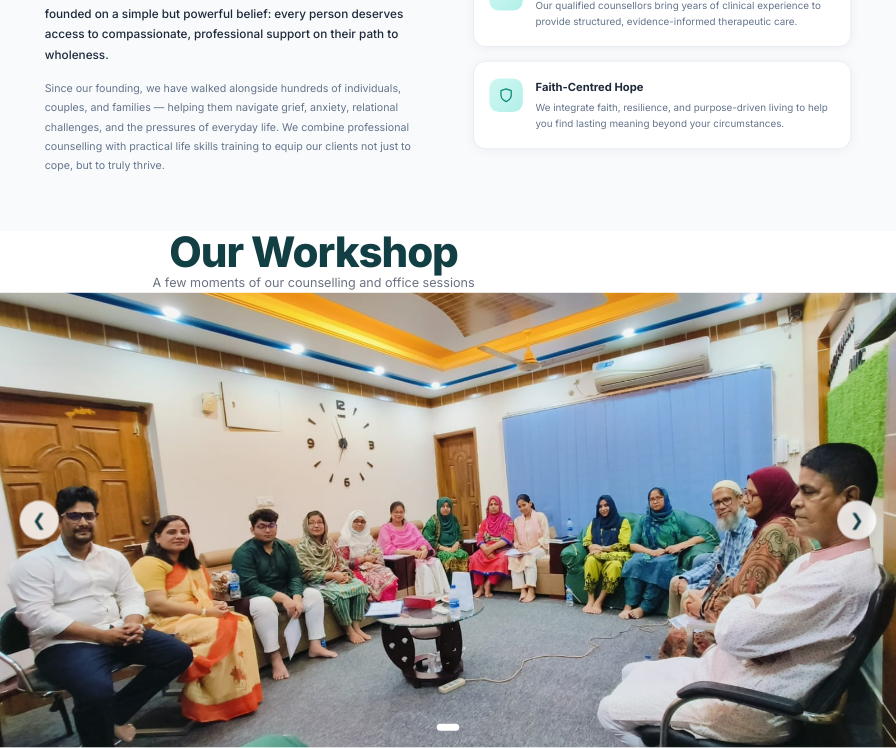
Repository: Tan47s/Lifelogo
Page: /
The author's editor kept a copy of each file at every save. The page is drawn from the files as they stood at one save, then again after the next save.
The browser window is 1280 px wide. The pictures show the part of the page from y = 1030 to 2950 px (the page is 2098 px tall before and 2950 px after), at 70% of full size.
The project was rebuilt for these pictures with package versions that can differ from the ones it lists, and the page was loaded fresh each time. Also part of the build but not shown: vite.config.js, src/comp/Counsellors.jsx, src/comp/Contact.css, src/comp/Contact.jsx, src/comp/Footer.css, src/comp/Footer.jsx.

Above is the page before, as saved 2026-08-24 11:26:13.

### index.html
<!doctype html>
<html lang="en">
  <head>
    <meta charset="UTF-8" />
    <link rel="icon" type="image/svg+xml" href="/favicon.svg" />
    <meta name="viewport" content="width=device-width, initial-scale=1.0" />
    <title>Life-Logo | Mental Health Counselling &amp; Life Skills</title>
    <meta name="description" content="Life-Logo Mental Health Support &amp; Life Skills Training Unit — professional counselling, resilience coaching, and compassionate support to help you find meaning, hope, and purpose." />
    <meta property="og:title" content="Life-Logo | Mental Health Counselling &amp; Life Skills" />
    <meta property="og:description" content="Professional counselling and life skills training to support your well-being and personal growth." />
    <meta property="og:type" content="website" />
  </head>
  <body>
    <div id="root"></div>
    <script type="module" src="/src/main.jsx"></script>
  </body>
</html>

### src/main.jsx
import { StrictMode } from 'react'
import { createRoot } from 'react-dom/client'

import { App } from './App.jsx'


createRoot(document.getElementById('root')).render(
  <StrictMode>
    <App />
  </StrictMode>,
)

### src/App.jsx
import React from 'react'
import { Header } from './comp/Header'
import { Herocon } from './comp/Herocon'
import { Contents2 } from './comp/Contents2'
import { Service2 } from './comp/Service2'
import { Counsellors } from './comp/Counsellors'
import { Contact } from './comp/Contact'
import { Footer } from './comp/Footer'
import Workshop from './comp/Workshop'
export const App = () => {
  return (
    <div>
      <Header/>
      <Herocon/>
      <Contents2/>
      <Workshop/>
    </div>
  )
}

### src/comp/Header.jsx
import React, { useState, useEffect } from 'react'
import logo from '../assets/logo.png'
import '../App.css'
import '../Index.css'

const navLinks = [
  { label: 'Home',      id: 'home' },
  { label: 'Our Story', id: 'story' },
  { label: 'Services',  id: 'services' },
  { label: 'Our Team',  id: 'team' },
  { label: 'Contact',   id: 'contact' },
]

export const Header = () => {
  const [active,  setActive]  = useState('home')
  const [scrolled, setScrolled] = useState(false)
  const [menuOpen, setMenuOpen] = useState(false)

  // Shrink header + close menu on scroll
  useEffect(() => {
    const onScroll = () => {
      setScrolled(window.scrollY > 20)
      if (window.scrollY > 20) setMenuOpen(false)
    }
    window.addEventListener('scroll', onScroll)
    return () => window.removeEventListener('scroll', onScroll)
  }, [])

  // Lock body scroll when mobile menu is open
  useEffect(() => {
    document.body.style.overflow = menuOpen ? 'hidden' : ''
    return () => { document.body.style.overflow = '' }
  }, [menuOpen])

  const handleNav = (id) => {
    setActive(id)
    setMenuOpen(false)
    const el = document.getElementById(id)
    if (el) el.scrollIntoView({ behavior: 'smooth' })
  }

  return (
    <>
      <header className={`header ${scrolled ? 'scrolled' : ''}`}>
        {/* ── Logo ── */}
        <div className="logo-container">
          <img className="logo-img" src={logo} alt="Life-Logo" />
          <span className="logo-text">Life-Logo</span>
        </div>

        {/* ── Desktop nav ── */}
        <nav className="nav-links" aria-label="Main navigation">
          {navLinks.map((link) => (
            <button
              key={link.id}
              id={`nav-${link.id}`}
              className={`nav-item ${active === link.id ? 'active' : ''}`}
              onClick={() => handleNav(link.id)}
            >
              {link.label}
            </button>
          ))}
        </nav>

        {/* ── Hamburger toggle (mobile only) ── */}
        <button
          id="hamburger-btn"
          className={`hamburger ${menuOpen ? 'open' : ''}`}
          onClick={() => setMenuOpen((o) => !o)}
          aria-label={menuOpen ? 'Close menu' : 'Open menu'}
          aria-expanded={menuOpen}
        >
          <span className="ham-bar" />
          <span className="ham-bar" />
          <span className="ham-bar" />
        </button>
      </header>

      {/* ── Mobile drawer ── */}
      <div
        className={`mobile-backdrop ${menuOpen ? 'visible' : ''}`}
        onClick={() => setMenuOpen(false)}
        aria-hidden="true"
      />
      <nav
        className={`mobile-nav ${menuOpen ? 'open' : ''}`}
        aria-label="Mobile navigation"
      >
        {navLinks.map((link) => (
          <button
            key={link.id}
            id={`mob-nav-${link.id}`}
            className={`mobile-nav-item ${active === link.id ? 'active' : ''}`}
            onClick={() => handleNav(link.id)}
          >
            {link.label}
          </button>
        ))}
      </nav>
    </>
  )
}

### src/comp/Herocon.jsx
import './herocon.css'
import Hero from '../assets/hero3.jpg'
import bg from '../assets/workshop/bg.png'
const stats = [
  { value: '500+', label: 'Lives Impacted' },
  { value: '15+', label: 'Years Experience' },
  { value: '6',   label: 'Specialists' },
]

export const Herocon = () => {
  const scrollTo = (id) => {
    const el = document.getElementById(id)
    if (el) el.scrollIntoView({ behavior: 'smooth' })
  }

  return (
    <section
      id="home"
      className="hero-section"
      style={{ backgroundImage: `url(${bg})` }}
    >
      {/* layered overlay */}
      <div className="hero-overlay" />

      <div className="hero-content">
        {/* eyebrow badge */}
        <span className="hero-badge">Mental Health &amp; Life Skills</span>

        {/* quote */}
        <p className="hero-quote">
          &ldquo;Doctors Dress The Wound, God Heals It.&rdquo;
        </p>

        {/* headline */}
        <h1 className="hero-headline">
          Well-Being Requires<br />
          <span className="hero-headline-accent">a Safe Space to Heal</span>
        </h1>

        {/* sub-text */}
        <p className="hero-sub">
          Mental health is the foundation of a healthy life. Through compassion,
          professional support, and faith, we help you find hope, build
          resilience, and take meaningful steps toward lasting well-being.
        </p>

        {/* CTAs */}
        <div className="hero-ctas">
          <button
            id="hero-contact-btn"
            className="hero-btn hero-btn--primary"
            onClick={() => scrollTo('contact')}
          >
            Contact Us
          </button>
          <button
            id="hero-services-btn"
            className="hero-btn hero-btn--ghost"
            onClick={() => scrollTo('services')}
          >
            Our Services
          </button>
        </div>

        {/* Stats strip */}
        <div className="hero-stats">
          {stats.map((s, i) => (
            <div className="hero-stat" key={i}>
              <span className="hero-stat-value">{s.value}</span>
              <span className="hero-stat-label">{s.label}</span>
            </div>
          ))}
        </div>
      </div>
    </section>
  )
}

### src/comp/Contents2.jsx
import React from 'react'
import './Contents2.css'

const pillars = [
  {
    icon: (
      <svg viewBox="0 0 24 24" fill="none" stroke="currentColor" strokeWidth="2" strokeLinecap="round" strokeLinejoin="round">
        <path d="M20.84 4.61a5.5 5.5 0 0 0-7.78 0L12 5.67l-1.06-1.06a5.5 5.5 0 0 0-7.78 7.78l1.06 1.06L12 21.23l7.78-7.78 1.06-1.06a5.5 5.5 0 0 0 0-7.78z"/>
      </svg>
    ),
    title: 'Compassion First',
    desc: 'Every person who walks through our doors is met with unconditional empathy and respect — no judgement, only care.',
  },
  {
    icon: (
      <svg viewBox="0 0 24 24" fill="none" stroke="currentColor" strokeWidth="2" strokeLinecap="round" strokeLinejoin="round">
        <circle cx="12" cy="8" r="4"/>
        <path d="M6 20v-2a6 6 0 0 1 12 0v2"/>
      </svg>
    ),
    title: 'Professional Support',
    desc: 'Our qualified counsellors bring years of clinical experience to provide structured, evidence-informed therapeutic care.',
  },
  {
    icon: (
      <svg viewBox="0 0 24 24" fill="none" stroke="currentColor" strokeWidth="2" strokeLinecap="round" strokeLinejoin="round">
        <path d="M12 22s8-4 8-10V5l-8-3-8 3v7c0 6 8 10 8 10z"/>
      </svg>
    ),
    title: 'Faith-Centred Hope',
    desc: 'We integrate faith, resilience, and purpose-driven living to help you find lasting meaning beyond your circumstances.',
  },
]

export const Contents2 = () => {
  return (
    <section id="story" className="story-section">
      <div className="story-inner">

        {/* ---- Left column: text ---- */}
        <div className="story-text">
          <span className="section-badge">Our Story</span>
          <h2>Helping You Find Meaning, Hope &amp; Purpose</h2>
          <p className="story-lead">
            Life-Logo Mental Health Support &amp; Life Skills Training Unit was
            founded on a simple but powerful belief: every person deserves access
            to compassionate, professional support on their path to wholeness.
          </p>
          <p className="story-body">
            Since our founding, we have walked alongside hundreds of individuals,
            couples, and families — helping them navigate grief, anxiety, relational
            challenges, and the pressures of everyday life. We combine professional
            counselling with practical life skills training to equip our clients not
            just to cope, but to truly thrive.
          </p>
        </div>

        {/* ---- Right column: pillars ---- */}
        <div className="story-pillars">
          {pillars.map((p, i) => (
            <div className="story-pillar" key={i}>
              <div className="pillar-icon">{p.icon}</div>
              <div className="pillar-body">
                <h4>{p.title}</h4>
                <p>{p.desc}</p>
              </div>
            </div>
          ))}
        </div>

      </div>
    </section>
  )
}

### src/comp/Workshop.jsx
import { useState } from "react";
import w1 from "../assets/workshop/w1.jpeg"

const images = [w1];

export default function Workshop() {
  const [current, setCurrent] = useState(0);

  const nextSlide = () => {
    setCurrent((prev) => (prev + 1) % images.length);
  };

  const prevSlide = () => {
    setCurrent((prev) => (prev - 1 + images.length) % images.length);
  };

  return (
    <section className="w-full bg-white py-16 md:py-20">

      {/* Heading */}
      <div className="mx-auto mb-10 max-w-4xl px-5 text-center">
        <h1 className="text-4xl font-bold tracking-tight text-[#123f43] md:text-5xl lg:text-6xl">
          Our Workshop
        </h1>

        <p className="mt-4 text-base text-gray-500 md:text-lg">
          A few moments of our counselling and office sessions
        </p>
      </div>

      {/* Carousel */}
      <div className="relative w-full overflow-hidden">
        <div className="h-[350px] w-full sm:h-[450px] md:h-[550px] lg:h-[650px]" >
          <img
            src={images[current]}
            alt={`Workshop session ${current + 1}`}
            className="h-full w-full object-cover"
          />
        </div>

        {/* Previous */}
        <button
          onClick={prevSlide}
          aria-label="Previous image"
          className="absolute left-4 top-1/2 flex h-11 w-11 -translate-y-1/2
                     items-center justify-center rounded-full
                     bg-white/85 text-2xl text-[#123f43] shadow-lg
                     backdrop-blur-sm transition hover:scale-110 hover:bg-white
                     md:left-7 md:h-14 md:w-14"
        >
          &#10094;
        </button>

        {/* Next */}
        <button
          onClick={nextSlide}
          aria-label="Next image"
          className="absolute right-4 top-1/2 flex h-11 w-11 -translate-y-1/2
                     items-center justify-center rounded-full
                     bg-white/85 text-2xl text-[#123f43] shadow-lg
                     backdrop-blur-sm transition hover:scale-110 hover:bg-white
                     md:right-7 md:h-14 md:w-14"
        >
          &#10095;
        </button>

        {/* Dots */}
        <div className="absolute bottom-6 left-1/2 flex -translate-x-1/2 gap-2">
          {images.map((_, index) => (
            <button
              key={index}
              onClick={() => setCurrent(index)}
              aria-label={`Go to slide ${index + 1}`}
              className={`h-2.5 rounded-full transition-all duration-300 ${
                current === index
                  ? "w-8 bg-white"
                  : "w-2.5 bg-white/60 hover:bg-white/90"
              }`}
            />
          ))}
        </div>
      </div>
    </section>
  );
}

### src/Index.css

@import url('https://fonts.googleapis.com/css2?family=Inter:wght@100..900&display=swap');

:root {
  /* Brand */
  --primary: #6de1fb;        /* Teal from header */
  --primary-light: #02ff78;


  /* Logo greens */
  --green: #22C55E;
  --green-light: #DCFCE7;

  /* Blue accent */
  --blue: #38BDF8;
  --blue-light: #E0F2FE;

  /* Backgrounds */
  --background: #F8FAFC;
  --surface: #FFFFFF;

  /* Text */
  --text: #1E293B;
  --text-muted: #64748B;

  /* Borders */
  --border: #E2E8F0;
}

* {
  margin: 0;
  padding: 0;
  box-sizing: border-box;
  font-family: "Inter", sans-serif;
}

h1{
    font-weight: 800;
}

p{
    font-weight: 400;
}

### src/comp/Contents2.css
/* ============================================================
   OUR STORY SECTION
   ============================================================ */

.story-section {
  padding: 100px 5% 80px;
  background: var(--background);   /* #F8FAFC — same as Counsellors */
}

/* ---- Two-column inner wrapper ---- */
.story-inner {
  display: grid;
  grid-template-columns: 1fr 1fr;
  gap: 72px;
  max-width: 1200px;
  margin: 0 auto;
  align-items: start;
}

/* ========== LEFT: text column ========== */
.story-text {
  display: flex;
  flex-direction: column;
  gap: 20px;
}

.story-text h2 {
  font-size: clamp(26px, 3.5vw, 40px);
  font-weight: 800;
  color: var(--text);
  line-height: 1.18;
  margin: 0;
}

.story-lead {
  font-size: 1.05rem;
  color: var(--text);
  font-weight: 500;
  line-height: 1.75;
  margin: 0;
}

.story-body {
  font-size: 0.95rem;
  color: var(--text-muted);
  line-height: 1.8;
  margin: 0;
}

/* ========== RIGHT: pillars column ========== */
.story-pillars {
  display: flex;
  flex-direction: column;
  gap: 20px;
}

/* ---- Single pillar card ---- */
.story-pillar {
  display: flex;
  align-items: flex-start;
  gap: 18px;
  background: var(--surface);
  border: 1px solid var(--border);
  border-radius: 18px;
  padding: 24px 22px;
  box-shadow: 0 2px 16px rgba(0, 0, 0, 0.05);
  transition: transform 0.25s ease, box-shadow 0.25s ease;
}

.story-pillar:hover {
  transform: translateY(-4px);
  box-shadow: 0 8px 32px rgba(109, 225, 251, 0.18);
}

/* ---- Icon bubble ---- */
.pillar-icon {
  flex-shrink: 0;
  width: 48px;
  height: 48px;
  border-radius: 14px;
  background: linear-gradient(135deg, #d0f7f1, #b2f0e8);
  display: flex;
  align-items: center;
  justify-content: center;
  color: #0d8c7a;
}

.pillar-icon svg {
  width: 22px;
  height: 22px;
}

/* ---- Pillar text ---- */
.pillar-body {
  display: flex;
  flex-direction: column;
  gap: 5px;
}

.pillar-body h4 {
  font-size: 1rem;
  font-weight: 700;
  color: var(--text);
  margin: 0;
}

.pillar-body p {
  font-size: 0.88rem;
  color: var(--text-muted);
  line-height: 1.65;
  margin: 0;
}

/* ---- Responsive ---- */
@media (max-width: 860px) {
  .story-inner {
    grid-template-columns: 1fr;
    gap: 48px;
  }
}

@media (max-width: 640px) {
  .story-section {
    padding: 70px 5% 60px;
  }
}

### src/comp/Counsellors.css
/* ============================================================
   COUNSELLORS SECTION
   ============================================================ */

.counsellors-section {
  padding: 100px 5% 80px;
  background: var(--background);
}

/* --- Header --- */
.counsellors-header {
  text-align: center;
  max-width: 660px;
  margin: 0 auto 64px;
}

.counsellors-header h2 {
  font-size: clamp(28px, 4vw, 42px);
  font-weight: 800;
  color: var(--text);
  margin-bottom: 16px;
  line-height: 1.15;
}

.counsellors-subtitle {
  font-size: 1rem;
  color: var(--text-muted);
  line-height: 1.7;
}

/* --- Badge --- */
.section-badge {
  display: inline-block;
  background: linear-gradient(135deg, #d0f7f1, #b2f0e8);
  color: #0d8c7a;
  font-size: 0.78rem;
  font-weight: 700;
  letter-spacing: 0.07em;
  text-transform: uppercase;
  padding: 5px 14px;
  border-radius: 999px;
  margin-bottom: 16px;
}

/* --- Grid --- */
.counsellors-grid {
  display: grid;
  grid-template-columns: repeat(3, 1fr);
  gap: 36px;
  max-width: 1200px;
  margin: 0 auto;
}

@media (max-width: 960px) {
  .counsellors-grid {
    grid-template-columns: repeat(2, 1fr);
  }
}

/* --- Card --- */
.counsellor-card {
  background: var(--surface);
  border-radius: 20px;
  overflow: hidden;
  box-shadow: 0 4px 24px rgba(0, 0, 0, 0.07);
  transition: transform 0.3s ease, box-shadow 0.3s ease;
  border: 1px solid var(--border);
}

.counsellor-card:hover {
  transform: translateY(-8px);
  box-shadow: 0 12px 40px rgba(109, 225, 251, 0.25);
}

/* --- Image wrapper --- */
.counsellor-img-wrap {
  position: relative;
  width: 100%;
  height: 280px;
  overflow: hidden;
}

.counsellor-img {
  width: 100%;
  height: 100%;
  object-fit: cover;
  object-position: top center;
  transition: transform 0.4s ease;
}

.counsellor-card:hover .counsellor-img {
  transform: scale(1.04);
}

.counsellor-img-overlay {
  position: absolute;
  inset: 0;
  background: linear-gradient(to top, rgba(13, 140, 122, 0.35) 0%, transparent 60%);
  pointer-events: none;
}

/* --- Info block --- */
.counsellor-info {
  padding: 24px 28px 30px;
}

.counsellor-info h3 {
  font-size: 1.2rem;
  font-weight: 700;
  color: var(--text);
  margin-bottom: 4px;
}

.counsellor-role {
  display: inline-block;
  font-size: 0.82rem;
  font-weight: 600;
  color: #0d8c7a;
  background: linear-gradient(135deg, #d0f7f1, #b2f0e8);
  padding: 3px 10px;
  border-radius: 999px;
  margin-bottom: 14px;
  letter-spacing: 0.02em;
}

.counsellor-info p {
  font-size: 0.9rem;
  color: var(--text-muted);
  line-height: 1.75;
}

/* --- Responsive --- */
@media (max-width: 640px) {
  .counsellors-section {
    padding: 70px 5% 60px;
  }

  .counsellors-grid {
    grid-template-columns: 1fr;
  }
}

### src/comp/Service2.jsx
import React from 'react'
import ser1 from '../assets/ser1.png'
import ser2 from '../assets/ser2.png'
import ser3 from '../assets/ser3.png'
import ser4 from '../assets/ser4.png'
import './Service2.css'

const services = [
  {
    img: ser1,
    title: 'Individual Counselling',
    tag: 'One-on-One',
    desc: 'A private, confidential space where you can explore personal challenges, process emotions, and develop healthier coping strategies with the guidance of a qualified counsellor.',
  },
  {
    img: ser2,
    title: 'Couple Counselling',
    tag: 'Relationships',
    desc: 'Helping couples navigate conflict, rebuild trust, and strengthen communication so they can grow together in a healthy, supportive partnership.',
  },
  {
    img: ser3,
    title: 'Family Counselling',
    tag: 'Family Dynamics',
    desc: 'We work with families to address relational tensions, improve understanding, and foster a home environment rooted in compassion and mutual respect.',
  },
  {
    img: ser4,
    title: 'Life Skills Training',
    tag: 'Personal Growth',
    desc: 'Practical workshops and coaching sessions that equip you with tools for resilience, emotional regulation, goal-setting, and purposeful living.',
  },
]

export const Service2 = () => {
  return (
    <section id="services" className="services-section">
      {/* Section Header */}
      <div className="services-header">
        <span className="section-badge">What We Offer</span>
        <h2>Our Services</h2>
        <p className="services-subtitle">
          We provide compassionate mental health counselling and life skills
          training to support your well-being and personal growth.
        </p>
      </div>

      {/* Cards Grid */}
      <div className="services-grid">
        {services.map((s, i) => (
          <div className="service-card" key={i}>
            <div className="service-img-wrap">
              <img src={s.img} alt={s.title} className="service-img" />
              <div className="service-img-overlay" />
            </div>
            <div className="service-info">
              <span className="service-tag">{s.tag}</span>
              <h3>{s.title}</h3>
              <p>{s.desc}</p>
            </div>
          </div>
        ))}
      </div>
    </section>
  )
}

### src/comp/Service2.css
/* ============================================================
   SERVICES SECTION  —  mirrors Counsellors card style
   ============================================================ */

.services-section {
  padding: 100px 5% 80px;
  background: linear-gradient(160deg, #f0fdfb 0%, #f8fafc 60%);
}

/* --- Header --- */
.services-header {
  text-align: center;
  max-width: 660px;
  margin: 0 auto 64px;
}

.services-header h2 {
  font-size: clamp(28px, 4vw, 42px);
  font-weight: 800;
  color: var(--text);
  margin-bottom: 16px;
  line-height: 1.15;
}

.services-subtitle {
  font-size: 1rem;
  color: var(--text-muted);
  line-height: 1.7;
}

/* --- Grid --- */
.services-grid {
  display: grid;
  grid-template-columns: repeat(auto-fit, minmax(260px, 1fr));
  gap: 32px;
  max-width: 1200px;
  margin: 0 auto;
}

/* --- Card --- */
.service-card {
  background: var(--surface);
  border-radius: 20px;
  overflow: hidden;
  box-shadow: 0 4px 24px rgba(0, 0, 0, 0.07);
  border: 1px solid var(--border);
  transition: transform 0.3s ease, box-shadow 0.3s ease;
}

.service-card:hover {
  transform: translateY(-8px);
  box-shadow: 0 12px 40px rgba(109, 225, 251, 0.25);
}

/* --- Image wrapper --- */
.service-img-wrap {
  position: relative;
  width: 100%;
  height: 150px;
  overflow: hidden;
}

.service-img {
  width: 100%;
  height: 100%;
  object-fit: cover;
  object-position: center;
  transition: transform 0.4s ease;
}

.service-card:hover .service-img {
  transform: scale(1.05);
}

.service-img-overlay {
  position: absolute;
  inset: 0;
  background: linear-gradient(to top, rgba(13, 140, 122, 0.3) 0%, transparent 55%);
  pointer-events: none;
}

/* --- Info block --- */
.service-info {
  padding: 22px 26px 28px;
  display: flex;
  flex-direction: column;
  gap: 8px;
}

.service-tag {
  display: inline-block;
  background: linear-gradient(135deg, #d0f7f1, #b2f0e8);
  color: #0d8c7a;
  font-size: 0.78rem;
  font-weight: 700;
  letter-spacing: 0.06em;
  text-transform: uppercase;
  padding: 4px 12px;
  border-radius: 999px;
  align-self: flex-start;
}

.service-info h3 {
  font-size: 1.15rem;
  font-weight: 700;
  color: var(--text);
  margin: 0;
  line-height: 1.3;
}

.service-info p {
  font-size: 0.9rem;
  color: var(--text-muted);
  line-height: 1.75;
  margin: 0;
}

/* --- Responsive --- */
@media (max-width: 640px) {
  .services-section {
    padding: 70px 5% 60px;
  }

  .services-grid {
    grid-template-columns: 1fr;
  }
}

Loaded but not shown: src/App.css (221 lines, source omitted); src/comp/herocon.css (189 lines, source omitted)

After the next save:
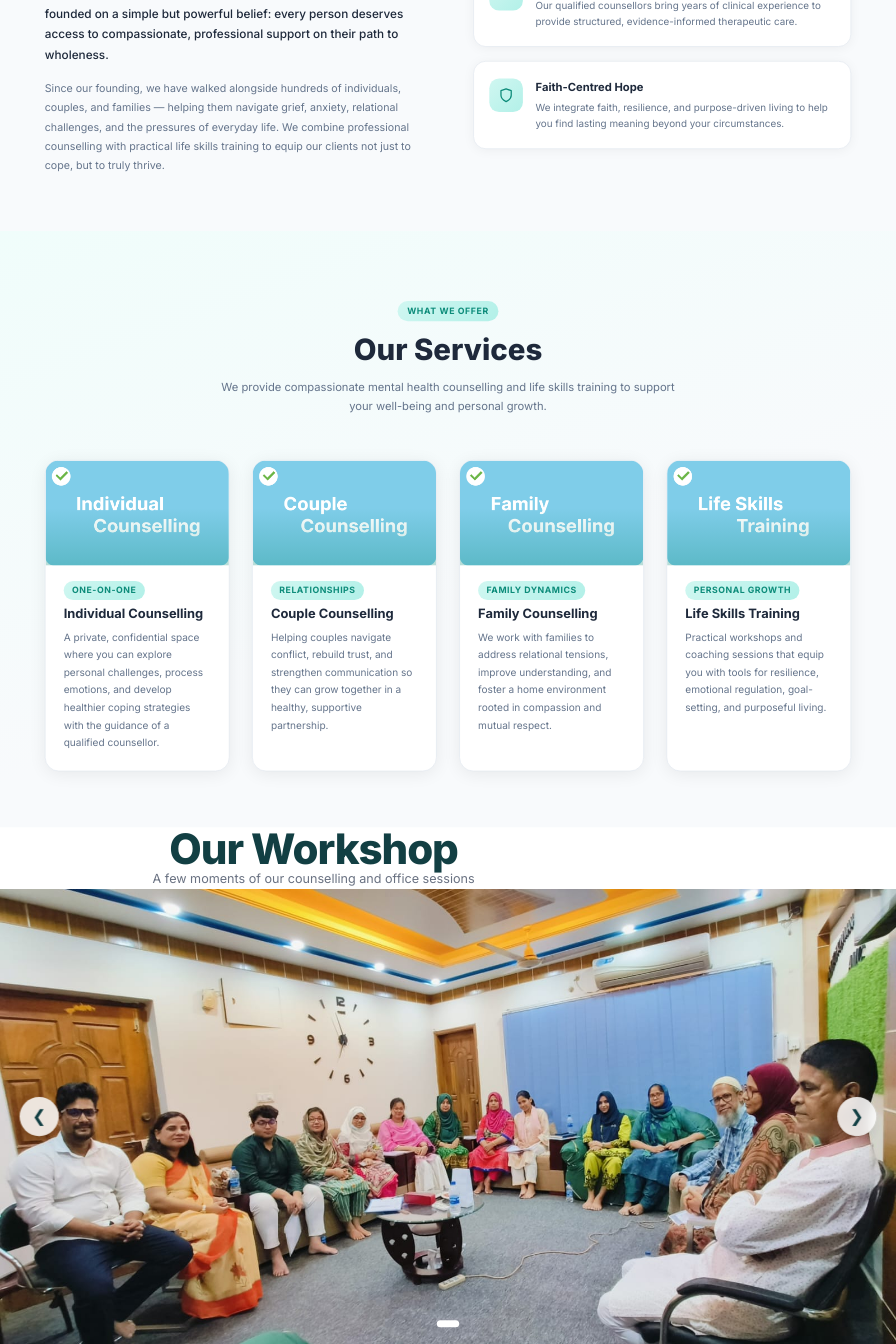
Saved 58 s later.
--- a/src/App.jsx
+++ b/src/App.jsx
@@ -13,6 +13,7 @@ export const App = () => {
       <Header/>
       <Herocon/>
       <Contents2/>
+      <Service2/>
       <Workshop/>
     </div>
   )
